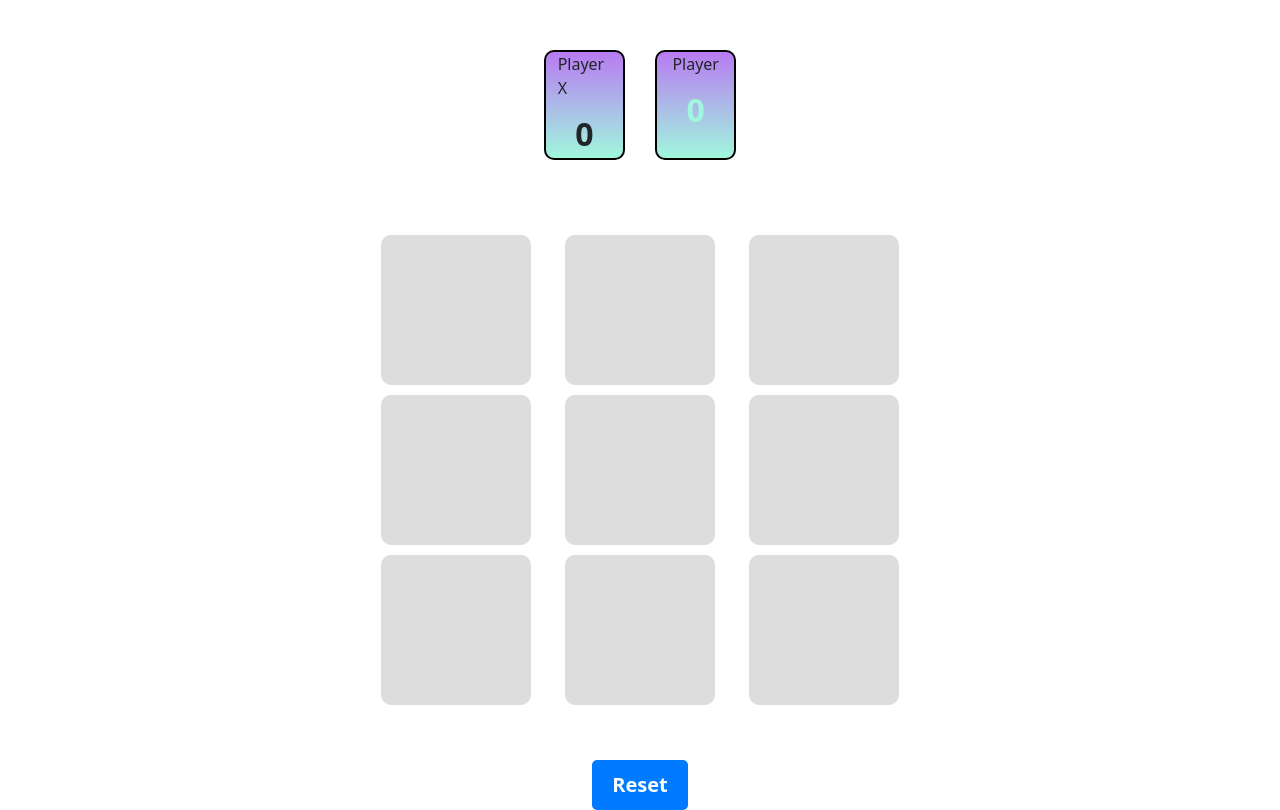
Repository: woodsdeshe/Tic-Tac-Toe
Page: index.html
An editor plug-in stored every save of this project. The page is shown before and after the next save, followed by the edit.
The browser window is 1280 px wide. The pictures show the whole page.

Above is the page before, as saved 2023-03-31 20:39:01.

### index.html
<!DOCTYPE html>
<html lang="en">
  <head>
    <meta charset="UTF-8" />
    <meta http-equiv="X-UA-Compatible" content="IE=edge" />
    <meta name="viewport" content="width=device-width, initial-scale=1.0" />
    <title>Tic Tac Toe | DeShe Woods</title>
    <link rel="stylesheet" href="styles.css" />
    <link
      href="https://cdn.jsdelivr.net/npm/bootstrap@5.3.0-alpha2/dist/css/bootstrap.min.css"
      rel="stylesheet"
      integrity="sha384-aFq/bzH65dt+w6FI2ooMVUpc+21e0SRygnTpmBvdBgSdnuTN7QbdgL+OapgHtvPp"
      crossorigin="anonymous"
    />
  </head>
  <body>
    <div class="container">
      <div class="row">
        <div class="col scoreboard scoreboard-left">
          <div>Player X</div>
          <div class="score-x">0</div>
        </div>
        <div class="col scoreboard scoreboard-right">
          <div>Player </div>
          <div class="score-o">0</div>
        </div>
      </div>
      <div class="message"></div>
      <div class="container game-board">
        <div class="row">
          <div class="col-4">
            <div class="tile square-1"></div>
          </div>
          <div class="col-4">
            <div class="tile square-2"></div>
          </div>
          <div class="col-4">
            <div class="tile square-3"></div>
          </div>
        </div>
        <div class="row">
          <div class="col-4">
            <div class="tile square-4"></div>
          </div>
          <div class="col-4">
            <div class="tile square-5"></div>
          </div>
          <div class="col-4">
            <div class="tile square-6"></div>
          </div>
        </div>
        <div class="row">
          <div class="col-4">
            <div class="tile square-7"></div>
          </div>
          <div class="col-4">
            <div class="tile square-8"></div>
          </div>
          <div class="col-4">
            <div class="tile square-9"></div>
          </div>
        </div>
      </div>
      </div>
      <div class="reset">
        <button class="reset-btn">Reset</button>
      </div>
    </div>
    <script
      src="https://cdn.jsdelivr.net/npm/bootstrap@5.3.0-alpha2/dist/js/bootstrap.bundle.min.js"
      integrity="sha384-qKXV1j0HvMUeCBQ+QVp7JcfGl760yU08IQ+GpUo5hlbpg51QRiuqHAJz8+BrxE/N"
      crossorigin="anonymous"
    ></script>
    <script src="script.js"></script>
  </body>
</html>

### styles.css
.container {
  display: flex;
  flex-direction: column;
  align-items: center;
  margin-top: 50px;
}

.scoreboard {
    display: flex;
    flex-direction: column;
    align-items: center;
    border: 2px solid black;
    border-radius: 10px;
    background: linear-gradient(rgb(184, 123, 241),  rgb(160, 247, 221));
}

.scoreboard-left {
    margin-right: 30px;
  }

.scoreboard-right {
  border-top-right-radius: 10px;
  border-bottom-right-radius: 10px;
}

.score-x{
    font-size: 48px;

}

.score-o {
    font-size: 48px;
  color: rgb(160, 247, 221);
}

.score-x,
.score-o {
  font-size: 2em;
  font-weight: bold;
  margin-top: 10px;
}

.message {
    font-size: 2em;
    margin-bottom: 20px;
  }

  .game-board {
    display: flex;
    justify-content: center;
  }

  .tile {
    width: 150px;
    height: 150px;
    background-color: #ddd;
    margin: 5px;
    border-radius: 10px;
    display: flex;
    justify-content: center;
    align-items: center;
    font-size: 50px;
    font-weight: bold;
    cursor: pointer;
  }

  .reset {
    text-align: center;
    margin-top: 50px;
  }


  .reset-btn {
    font-size: 20px;
    font-weight: bold;
    padding: 10px 20px;
    background-color: #007bff;
    color: white;
    border-radius: 5px;
    border: none;
    cursor: pointer;
  }

@media (max-width: 767px) {
  .scoreboard {
    margin-bottom: 20px;
  }
}

### script.js
// Variables that access the squares, reset button, scoreboards , and messaging for the game that will stay constant
const gameBoard = document.querySelector(".game-board");
const resetBtn = document.querySelector(".reset-btn");
const scoreboardX = document.querySelector(".score-x");
const scoreboardO = document.querySelector(".score-o");
const message = document.querySelector(".message");
const tile = document.querySelectorAll(".tile");

// Variables that access the current player, game over, X and O scores that will change based on conditions of the game
let currentPlayer = "X";
let gameOver = false;
let xScore = 0;
let oScore = 0;

// This event listener will check to see if the tiles are empty and will fill them with the symbol of the current player

gameBoard.addEventListener("click", (event) => {
  event.preventDefault();

  //This if statement checks to see if the game is over before allowing the players to continue playing. If gameOver is true, then the board becomes unclickable
  if (gameOver) {
    return;
  }

  // This variable will hold the square that gets clicked using the .target property
  const square = event.target;

  // Checks to see if the square contains a class of tile and the square is empty. If it's empty then the square will contain a symbol and alternate the symbol according to the current player
  if (square.classList.contains("tile") && square.textContent === "") {
    square.textContent = currentPlayer;

    //Updates the message variable to show who's turn it is on the screen
    message.textContent = `It's ${currentPlayer} turn`;

    currentPlayer = currentPlayer === "X" ? "O" : "X";
  }

  //Calls the checkForWinner function after each turn to see if a player has won
  checkForWinner();
});

// Check to see if the tiles contain a winning play of a specific player
function currentPlay(plays, player) {
  // The .every method checks through every tile within the player array that checks to see if they contain the current players symbol with a boolean "true" or "false"
  return plays.every((tile) => {
    tileElement = document.querySelector(`.square-${tile}`);
    return tileElement.textContent === player;
  });
}

// This function will check to see which player has the winning set after each move
function checkForWinner() {
  // Nested arrays that show all the winning plays that are needed to win
  const winningPlays = [
    [1, 2, 3],
    [4, 5, 6],
    [7, 8, 9],
    [1, 4, 7],
    [2, 5, 8],
    [3, 6, 9],
    [1, 5, 9],
    [3, 5, 7],
  ];

  // Loops through each array within "winingPlays" and stores the values in the variable "plays"
  for (let i = 0; i < winningPlays.length; i++) {
    const plays = winningPlays[i];

    // Create if/else conditions that will check to see if the current player has a winning play thats in 'winningPlays', if no one wins, it calls the "itsATie" function to alert the players that the game is over and prevents the players from continuing to play using th endGame function"
    if (currentPlay(plays, "X")) {
      xScore++;
      scoreboardX.textContent = xScore;
      message.textContent = "Player X Wins!";
      gameOver = true;
      endGame();
    } else if (currentPlay(plays, "O")) {
      oScore++;
      scoreboardO.textContent = oScore;
      message.textContent = "Player O Wins!";
      gameOver = true;
      endGame();
    } else if (itsATie()) {
      message.textContent = "Game over! It's a tie!!!";
      gameOver = true;
      endGame();
    }
  }

  // This function iterates through all the tiles on the board and checks to see if the board is full. If there isn't any empty tiles left, it returns true.
  function itsATie() {
    for (let i = 0; i < tile.length; i++) {
      if (tile[i].textContent === "") {
        return false;
      }
    }
    return true;
  }

  // This function iterates through all the tiles in the game and removes the gameBoard listener so that the board is no longer clickable when the game is over
  function endGame() {
    for (let i = 0; i < tile.length; i++) {
      tile[i].removeEventListener("click", handleClick);
    }
  }
}

//This function resets the game
function resetGame() {
  currentPlayer = "X";
  gameOver = false;
  message.textContent = `It's ${currentPlayer} turn`;
  scoreboardX.textContent = "0";
  scoreboardO.textContent = "0";
  xScore = 0;
  oScore = 0;


  // Clears the board by setting the text content of all tiles to an empty string
  tile.forEach((tile) => {
    tile.textContent = "";
  });

  // Add back the event listener to each tile so that they are clickable again
  tile.forEach((tile) => {
    tile.addEventListener("click", handleTileClick);
  });
}

resetBtn.addEventListener("click", () => {
  resetGame();
});

After the next save:
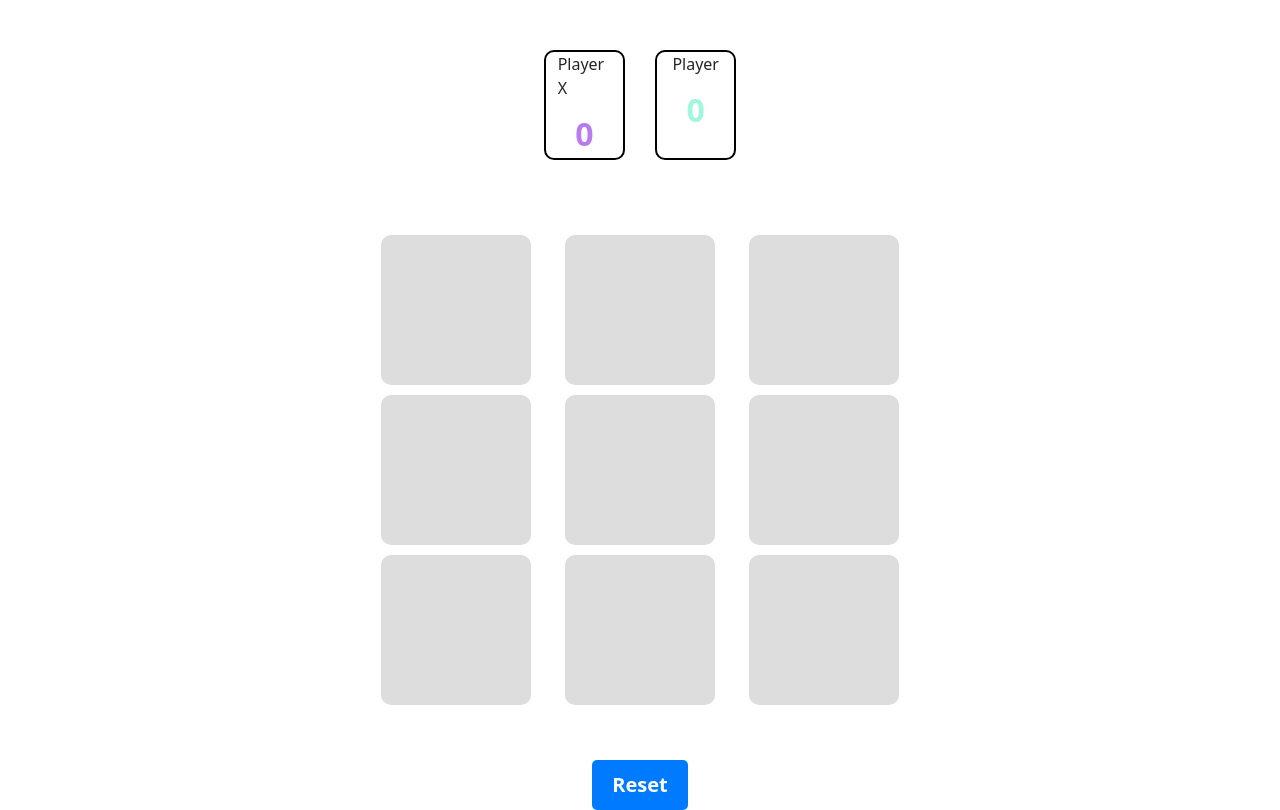
Saved 7 s later.
--- a/styles.css
+++ b/styles.css
@@ -11,7 +11,6 @@
     align-items: center;
     border: 2px solid black;
     border-radius: 10px;
-    background: linear-gradient(rgb(184, 123, 241),  rgb(160, 247, 221));
 }
 
 .scoreboard-left {
@@ -25,7 +24,7 @@
 
 .score-x{
     font-size: 48px;
-
+  color: rgb(184, 123, 241);
 }
 
 .score-o {
